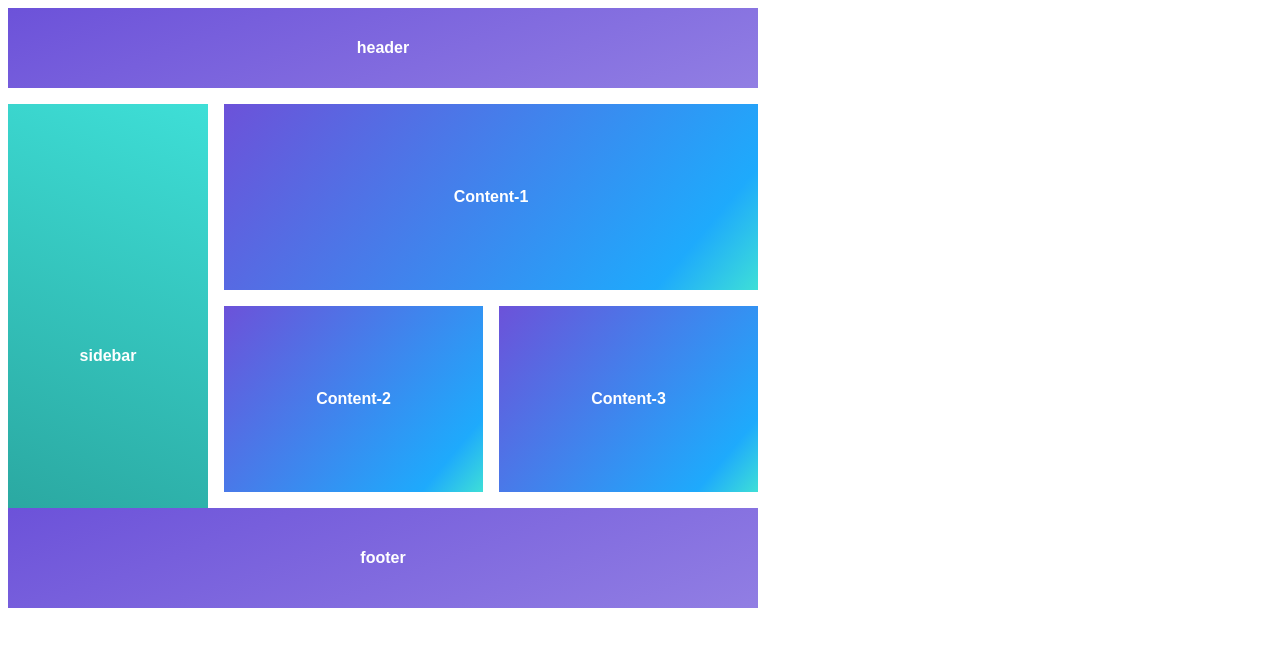
Repository: mariocapitbrok/css-grid
Page: 2_basicLayout/index.html
The author's editor kept a copy of each file at every save. The page is drawn from the files as they stood at one save, then again after the next save.
The browser window is 1280 px wide. The pictures show the whole page.

Above is the page before, as saved 2022-12-30 14:20:03.

After the next save:
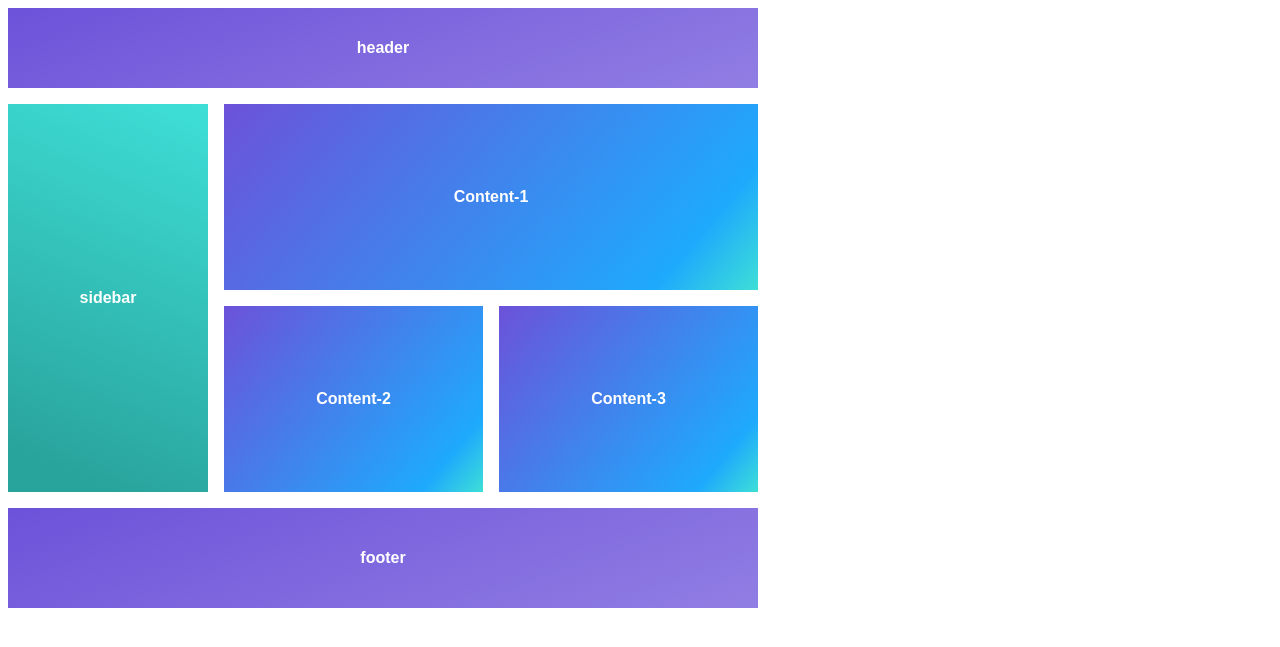
Saved 9 s later.
--- a/2_basicLayout/styles.css
+++ b/2_basicLayout/styles.css
@@ -25,12 +25,11 @@ body {
 
 .sidebar {
   grid-column: 1 / 2;
-  grid-row: 2 / 5;
+  grid-row: 2 / 4;
   display: flex;
   justify-content: center;
   align-items: center;
   background-image: linear-gradient(203deg,#3edfd7,#29a49d 90%);
-  z-index: -1;
 }
 
 .content-1 {
